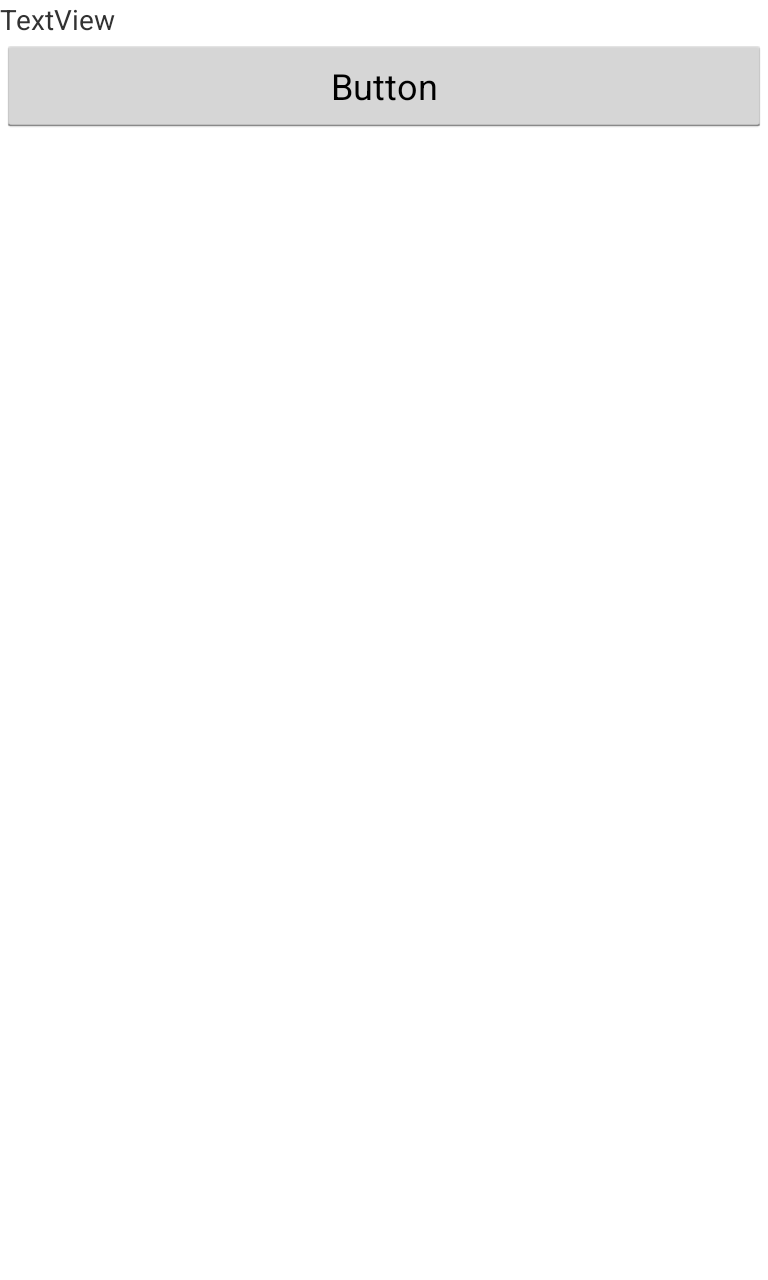
Repository: HGtz2222/LearningAndroid
Layout: test1/ContactPicker/res/layout/contactpickertester.xml
The author's editor kept a copy of each file at every save. The layout is drawn from the files as they stood at one save, then again after the next save.
It is drawn on a 768 x 1280 px phone screen (xhdpi) without system bars, with theme AppTheme; the app's code is not run.

Above is the layout before, as saved 2014-09-16 12:49:18.

### test1/ContactPicker/res/layout/contactpickertester.xml
<LinearLayout xmlns:android="http://schemas.android.com/apk/res/android"
    android:layout_width="fill_parent"
    android:layout_height="fill_parent"
    android:orientation="vertical" >

    <TextView
        android:id="@+id/selected_contact_textview"
        android:layout_width="match_parent"
        android:layout_height="wrap_content"
        android:text="TextView" />

    <Button
        android:id="@+id/pick_contact_button"
        android:layout_width="match_parent"
        android:layout_height="wrap_content"
        android:text="Button" />

</LinearLayout>

Loaded but not shown: test1/ContactPicker/res/values/styles.xml (common file); test1/ContactPicker/res/values-v11/styles.xml (common file); test1/ContactPicker/res/values-v14/styles.xml (common file)

After the next save:
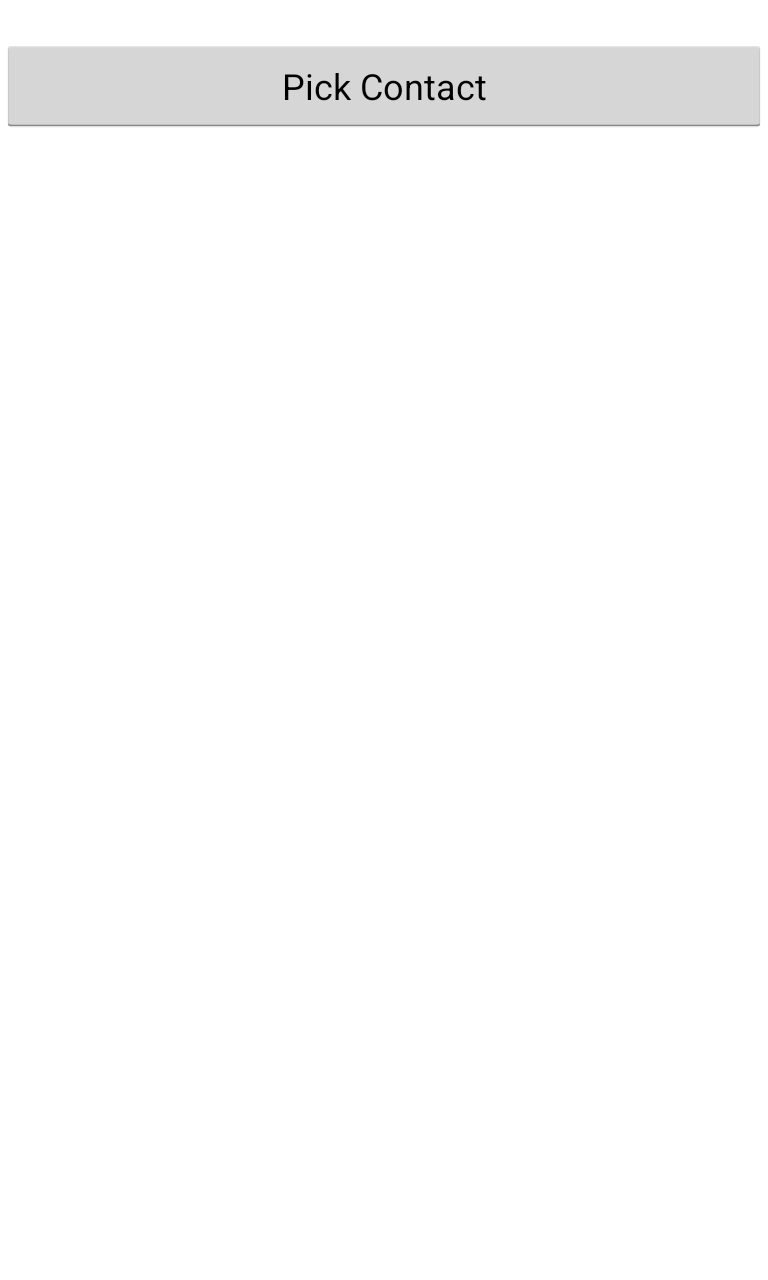
Saved 33 s later.
--- a/test1/ContactPicker/res/layout/contactpickertester.xml
+++ b/test1/ContactPicker/res/layout/contactpickertester.xml
@@ -7,12 +7,12 @@
         android:id="@+id/selected_contact_textview"
         android:layout_width="match_parent"
         android:layout_height="wrap_content"
-        android:text="TextView" />
+        android:text="" />
 
     <Button
         android:id="@+id/pick_contact_button"
         android:layout_width="match_parent"
         android:layout_height="wrap_content"
-        android:text="Button" />
+        android:text="Pick Contact" />
 
 </LinearLayout>
